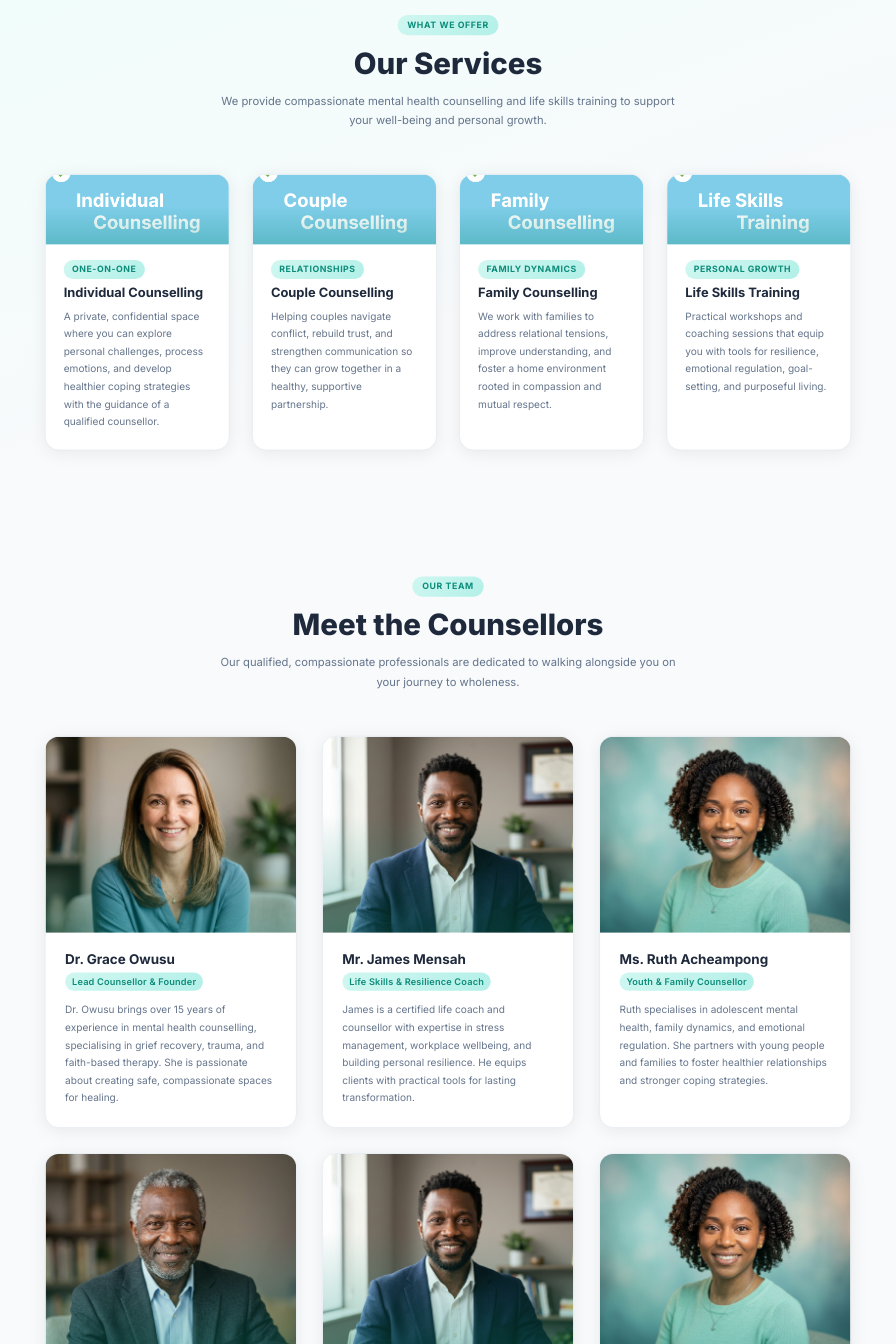
Repository: Tan47s/Lifelogo
Page: /
The author's editor kept a copy of each file at every save. The page is drawn from the files as they stood at one save, then again after the next save.
The browser window is 1280 px wide. The pictures show the part of the page from y = 1438 to 3358 px (the page is 4836 px tall before and 4886 px after), at 70% of full size.
The project was rebuilt for these pictures with package versions that can differ from the ones it lists, and the page was loaded fresh each time. Also part of the build but not shown: vite.config.js.

Above is the page before, as saved 2026-08-09 16:37:38.

### index.html
<!doctype html>
<html lang="en">
  <head>
    <meta charset="UTF-8" />
    <link rel="icon" type="image/svg+xml" href="/favicon.svg" />
    <meta name="viewport" content="width=device-width, initial-scale=1.0" />
    <title>Life-Logo | Mental Health Counselling &amp; Life Skills</title>
    <meta name="description" content="Life-Logo Mental Health Support &amp; Life Skills Training Unit — professional counselling, resilience coaching, and compassionate support to help you find meaning, hope, and purpose." />
    <meta property="og:title" content="Life-Logo | Mental Health Counselling &amp; Life Skills" />
    <meta property="og:description" content="Professional counselling and life skills training to support your well-being and personal growth." />
    <meta property="og:type" content="website" />
  </head>
  <body>
    <div id="root"></div>
    <script type="module" src="/src/main.jsx"></script>
  </body>
</html>

### src/main.jsx
import { StrictMode } from 'react'
import { createRoot } from 'react-dom/client'

import { App } from './App.jsx'


createRoot(document.getElementById('root')).render(
  <StrictMode>
    <App />
  </StrictMode>,
)

### src/App.jsx
import React from 'react'
import { Header } from './comp/Header'
import { Herocon } from './comp/Herocon'
import { Contents2 } from './comp/Contents2'
import { Service2 } from './comp/Service2'
import { Counsellors } from './comp/Counsellors'
import { Contact } from './comp/Contact'
import { Footer } from './comp/Footer'

export const App = () => {
  return (
    <div>
      <Header />

      {/* Hero — id: home (owned by Herocon's <section>) */}
      <Herocon />

      {/* Our Story — id: story (owned by Contents2's <section>) */}
      <Contents2 />

      {/* Services — id: services (declared inside Service2's <section>) */}
      <Service2 />

      {/* Our Team — id: team */}
      <Counsellors />

      {/* Contact — id: contact */}
      <Contact />

      {/* Footer */}
      <Footer />
    </div>
  )
}

### src/comp/Herocon.jsx
import './herocon.css'
import Hero from '../assets/hero.png'

const stats = [
  { value: '500+', label: 'Lives Impacted' },
  { value: '15+', label: 'Years Experience' },
  { value: '6',   label: 'Specialists' },
]

export const Herocon = () => {
  const scrollTo = (id) => {
    const el = document.getElementById(id)
    if (el) el.scrollIntoView({ behavior: 'smooth' })
  }

  return (
    <section
      id="home"
      className="hero-section"
      style={{ backgroundImage: `url(${Hero})` }}
    >
      {/* layered overlay */}
      <div className="hero-overlay" />

      <div className="hero-content">
        {/* eyebrow badge */}
        <span className="hero-badge">Mental Health &amp; Life Skills</span>

        {/* quote */}
        <p className="hero-quote">
          &ldquo;Doctors Dress The Wound, God Heals It.&rdquo;
        </p>

        {/* headline */}
        <h1 className="hero-headline">
          Well-Being Requires<br />
          <span className="hero-headline-accent">a Safe Space to Heal</span>
        </h1>

        {/* sub-text */}
        <p className="hero-sub">
          Mental health is the foundation of a healthy life. Through compassion,
          professional support, and faith, we help you find hope, build
          resilience, and take meaningful steps toward lasting well-being.
        </p>

        {/* CTAs */}
        <div className="hero-ctas">
          <button
            id="hero-contact-btn"
            className="hero-btn hero-btn--primary"
            onClick={() => scrollTo('contact')}
          >
            Contact Us
          </button>
          <button
            id="hero-services-btn"
            className="hero-btn hero-btn--ghost"
            onClick={() => scrollTo('services')}
          >
            Our Services
          </button>
        </div>

        {/* Stats strip */}
        <div className="hero-stats">
          {stats.map((s, i) => (
            <div className="hero-stat" key={i}>
              <span className="hero-stat-value">{s.value}</span>
              <span className="hero-stat-label">{s.label}</span>
            </div>
          ))}
        </div>
      </div>
    </section>
  )
}

### src/comp/Contents2.jsx
import React from 'react'
import './Contents2.css'

const pillars = [
  {
    icon: (
      <svg viewBox="0 0 24 24" fill="none" stroke="currentColor" strokeWidth="2" strokeLinecap="round" strokeLinejoin="round">
        <path d="M20.84 4.61a5.5 5.5 0 0 0-7.78 0L12 5.67l-1.06-1.06a5.5 5.5 0 0 0-7.78 7.78l1.06 1.06L12 21.23l7.78-7.78 1.06-1.06a5.5 5.5 0 0 0 0-7.78z"/>
      </svg>
    ),
    title: 'Compassion First',
    desc: 'Every person who walks through our doors is met with unconditional empathy and respect — no judgement, only care.',
  },
  {
    icon: (
      <svg viewBox="0 0 24 24" fill="none" stroke="currentColor" strokeWidth="2" strokeLinecap="round" strokeLinejoin="round">
        <circle cx="12" cy="8" r="4"/>
        <path d="M6 20v-2a6 6 0 0 1 12 0v2"/>
      </svg>
    ),
    title: 'Professional Support',
    desc: 'Our qualified counsellors bring years of clinical experience to provide structured, evidence-informed therapeutic care.',
  },
  {
    icon: (
      <svg viewBox="0 0 24 24" fill="none" stroke="currentColor" strokeWidth="2" strokeLinecap="round" strokeLinejoin="round">
        <path d="M12 22s8-4 8-10V5l-8-3-8 3v7c0 6 8 10 8 10z"/>
      </svg>
    ),
    title: 'Faith-Centred Hope',
    desc: 'We integrate faith, resilience, and purpose-driven living to help you find lasting meaning beyond your circumstances.',
  },
]

export const Contents2 = () => {
  return (
    <section id="story" className="story-section">
      <div className="story-inner">

        {/* ---- Left column: text ---- */}
        <div className="story-text">
          <span className="section-badge">Our Story</span>
          <h2>Helping You Find Meaning, Hope &amp; Purpose</h2>
          <p className="story-lead">
            Life-Logo Mental Health Support &amp; Life Skills Training Unit was
            founded on a simple but powerful belief: every person deserves access
            to compassionate, professional support on their path to wholeness.
          </p>
          <p className="story-body">
            Since our founding, we have walked alongside hundreds of individuals,
            couples, and families — helping them navigate grief, anxiety, relational
            challenges, and the pressures of everyday life. We combine professional
            counselling with practical life skills training to equip our clients not
            just to cope, but to truly thrive.
          </p>
        </div>

        {/* ---- Right column: pillars ---- */}
        <div className="story-pillars">
          {pillars.map((p, i) => (
            <div className="story-pillar" key={i}>
              <div className="pillar-icon">{p.icon}</div>
              <div className="pillar-body">
                <h4>{p.title}</h4>
                <p>{p.desc}</p>
              </div>
            </div>
          ))}
        </div>

      </div>
    </section>
  )
}

### src/comp/Service2.jsx
import React from 'react'
import ser1 from '../assets/ser1.png'
import ser2 from '../assets/ser2.png'
import ser3 from '../assets/ser3.png'
import ser4 from '../assets/ser4.png'
import './Service2.css'

const services = [
  {
    img: ser1,
    title: 'Individual Counselling',
    tag: 'One-on-One',
    desc: 'A private, confidential space where you can explore personal challenges, process emotions, and develop healthier coping strategies with the guidance of a qualified counsellor.',
  },
  {
    img: ser2,
    title: 'Couple Counselling',
    tag: 'Relationships',
    desc: 'Helping couples navigate conflict, rebuild trust, and strengthen communication so they can grow together in a healthy, supportive partnership.',
  },
  {
    img: ser3,
    title: 'Family Counselling',
    tag: 'Family Dynamics',
    desc: 'We work with families to address relational tensions, improve understanding, and foster a home environment rooted in compassion and mutual respect.',
  },
  {
    img: ser4,
    title: 'Life Skills Training',
    tag: 'Personal Growth',
    desc: 'Practical workshops and coaching sessions that equip you with tools for resilience, emotional regulation, goal-setting, and purposeful living.',
  },
]

export const Service2 = () => {
  return (
    <section id="services" className="services-section">
      {/* Section Header */}
      <div className="services-header">
        <span className="section-badge">What We Offer</span>
        <h2>Our Services</h2>
        <p className="services-subtitle">
          We provide compassionate mental health counselling and life skills
          training to support your well-being and personal growth.
        </p>
      </div>

      {/* Cards Grid */}
      <div className="services-grid">
        {services.map((s, i) => (
          <div className="service-card" key={i}>
            <div className="service-img-wrap">
              <img src={s.img} alt={s.title} className="service-img" />
              <div className="service-img-overlay" />
            </div>
            <div className="service-info">
              <span className="service-tag">{s.tag}</span>
              <h3>{s.title}</h3>
              <p>{s.desc}</p>
            </div>
          </div>
        ))}
      </div>
    </section>
  )
}

### src/comp/Footer.jsx
import React from 'react'
import './Footer.css'
import logo from '../assets/logo.png'

export const Footer = () => {
  const year = new Date().getFullYear()

  const scrollTo = (id) => {
    const el = document.getElementById(id)
    if (el) el.scrollIntoView({ behavior: 'smooth' })
  }

  return (
    <footer className="footer">
      <div className="footer-inner">

        {/* Brand Column */}
        <div className="footer-brand">
          <div className="footer-logo-row">
            <img src={logo} alt="Life-Logo" className="footer-logo" />
            <span className="footer-name">Life-Logo</span>
          </div>
          <p className="footer-tagline">
            Mental Health Support &amp; Life Skills Training Unit — helping
            people discover meaning, hope, and purpose.
          </p>
        </div>

        {/* Quick Links */}
        <div className="footer-col">
          <h4>Quick Links</h4>
          <ul>
            {[
              { label: 'Home',        id: 'home' },
              { label: 'Our Story',   id: 'story' },
              { label: 'Services',    id: 'services' },
              { label: 'Our Team',    id: 'team' },
              { label: 'Contact',     id: 'contact' },
            ].map((l) => (
              <li key={l.id}>
                <button onClick={() => scrollTo(l.id)} className="footer-link">
                  {l.label}
                </button>
              </li>
            ))}
          </ul>
        </div>

        {/* Contact Column */}
        <div className="footer-col">
          <h4>Contact</h4>
          <ul className="footer-contact-list">
            <li>
              <span className="fc-icon">📍</span>
              14 Serenity Close, Westland District, Accra, Ghana
            </li>
            <li>
              <span className="fc-icon">📞</span>
              <a href="tel:+233302981100">+233 30 298 1100</a>
            </li>
            <li>
              <span className="fc-icon">✉️</span>
              <a href="mailto:hello@lifelogo.org">hello@lifelogo.org</a>
            </li>
            <li>
              <span className="fc-icon">💬</span>
              <a href="https://wa.me/233244567890" target="_blank" rel="noopener noreferrer">
                WhatsApp Us
              </a>
            </li>
          </ul>
        </div>

      </div>

      {/* Bottom Bar */}
      <div className="footer-bottom">
        <p>&copy; {year} Life-Logo Mental Health &amp; Life Skills. All rights reserved.</p>
        <p className="footer-note">Built with compassion 💚</p>
      </div>
    </footer>
  )
}

### src/Index.css

@import url('https://fonts.googleapis.com/css2?family=Inter:wght@100..900&display=swap');

:root {
  /* Brand */
  --primary: #6de1fb;        /* Teal from header */
  --primary-light: #02ff78;


  /* Logo greens */
  --green: #22C55E;
  --green-light: #DCFCE7;

  /* Blue accent */
  --blue: #38BDF8;
  --blue-light: #E0F2FE;

  /* Backgrounds */
  --background: #F8FAFC;
  --surface: #FFFFFF;

  /* Text */
  --text: #1E293B;
  --text-muted: #64748B;

  /* Borders */
  --border: #E2E8F0;
}

* {
  margin: 0;
  padding: 0;
  box-sizing: border-box;
  font-family: "Inter", sans-serif;
}

h1{
    font-weight: 800;
}

p{
    font-weight: 400;
}

### src/comp/Contents2.css
/* ============================================================
   OUR STORY SECTION
   ============================================================ */

.story-section {
  padding: 100px 5% 80px;
  background: var(--background);   /* #F8FAFC — same as Counsellors */
}

/* ---- Two-column inner wrapper ---- */
.story-inner {
  display: grid;
  grid-template-columns: 1fr 1fr;
  gap: 72px;
  max-width: 1200px;
  margin: 0 auto;
  align-items: start;
}

/* ========== LEFT: text column ========== */
.story-text {
  display: flex;
  flex-direction: column;
  gap: 20px;
}

.story-text h2 {
  font-size: clamp(26px, 3.5vw, 40px);
  font-weight: 800;
  color: var(--text);
  line-height: 1.18;
  margin: 0;
}

.story-lead {
  font-size: 1.05rem;
  color: var(--text);
  font-weight: 500;
  line-height: 1.75;
  margin: 0;
}

.story-body {
  font-size: 0.95rem;
  color: var(--text-muted);
  line-height: 1.8;
  margin: 0;
}

/* ========== RIGHT: pillars column ========== */
.story-pillars {
  display: flex;
  flex-direction: column;
  gap: 20px;
}

/* ---- Single pillar card ---- */
.story-pillar {
  display: flex;
  align-items: flex-start;
  gap: 18px;
  background: var(--surface);
  border: 1px solid var(--border);
  border-radius: 18px;
  padding: 24px 22px;
  box-shadow: 0 2px 16px rgba(0, 0, 0, 0.05);
  transition: transform 0.25s ease, box-shadow 0.25s ease;
}

.story-pillar:hover {
  transform: translateY(-4px);
  box-shadow: 0 8px 32px rgba(109, 225, 251, 0.18);
}

/* ---- Icon bubble ---- */
.pillar-icon {
  flex-shrink: 0;
  width: 48px;
  height: 48px;
  border-radius: 14px;
  background: linear-gradient(135deg, #d0f7f1, #b2f0e8);
  display: flex;
  align-items: center;
  justify-content: center;
  color: #0d8c7a;
}

.pillar-icon svg {
  width: 22px;
  height: 22px;
}

/* ---- Pillar text ---- */
.pillar-body {
  display: flex;
  flex-direction: column;
  gap: 5px;
}

.pillar-body h4 {
  font-size: 1rem;
  font-weight: 700;
  color: var(--text);
  margin: 0;
}

.pillar-body p {
  font-size: 0.88rem;
  color: var(--text-muted);
  line-height: 1.65;
  margin: 0;
}

/* ---- Responsive ---- */
@media (max-width: 860px) {
  .story-inner {
    grid-template-columns: 1fr;
    gap: 48px;
  }
}

@media (max-width: 640px) {
  .story-section {
    padding: 70px 5% 60px;
  }
}

### src/comp/Service2.css
/* ============================================================
   SERVICES SECTION  —  mirrors Counsellors card style
   ============================================================ */

.services-section {
  padding: 100px 5% 80px;
  background: linear-gradient(160deg, #f0fdfb 0%, #f8fafc 60%);
}

/* --- Header --- */
.services-header {
  text-align: center;
  max-width: 660px;
  margin: 0 auto 64px;
}

.services-header h2 {
  font-size: clamp(28px, 4vw, 42px);
  font-weight: 800;
  color: var(--text);
  margin-bottom: 16px;
  line-height: 1.15;
}

.services-subtitle {
  font-size: 1rem;
  color: var(--text-muted);
  line-height: 1.7;
}

/* --- Grid --- */
.services-grid {
  display: grid;
  grid-template-columns: repeat(auto-fit, minmax(260px, 1fr));
  gap: 32px;
  max-width: 1200px;
  margin: 0 auto;
}

/* --- Card --- */
.service-card {
  background: var(--surface);
  border-radius: 20px;
  overflow: hidden;
  box-shadow: 0 4px 24px rgba(0, 0, 0, 0.07);
  border: 1px solid var(--border);
  transition: transform 0.3s ease, box-shadow 0.3s ease;
}

.service-card:hover {
  transform: translateY(-8px);
  box-shadow: 0 12px 40px rgba(109, 225, 251, 0.25);
}

/* --- Image wrapper --- */
.service-img-wrap {
  position: relative;
  width: 100%;
  height: 100px;
  overflow: hidden;
}

.service-img {
  width: 100%;
  height: 100%;
  object-fit: cover;
  object-position: center;
  transition: transform 0.4s ease;
}

.service-card:hover .service-img {
  transform: scale(1.05);
}

.service-img-overlay {
  position: absolute;
  inset: 0;
  background: linear-gradient(to top, rgba(13, 140, 122, 0.3) 0%, transparent 55%);
  pointer-events: none;
}

/* --- Info block --- */
.service-info {
  padding: 22px 26px 28px;
  display: flex;
  flex-direction: column;
  gap: 8px;
}

.service-tag {
  display: inline-block;
  background: linear-gradient(135deg, #d0f7f1, #b2f0e8);
  color: #0d8c7a;
  font-size: 0.78rem;
  font-weight: 700;
  letter-spacing: 0.06em;
  text-transform: uppercase;
  padding: 4px 12px;
  border-radius: 999px;
  align-self: flex-start;
}

.service-info h3 {
  font-size: 1.15rem;
  font-weight: 700;
  color: var(--text);
  margin: 0;
  line-height: 1.3;
}

.service-info p {
  font-size: 0.9rem;
  color: var(--text-muted);
  line-height: 1.75;
  margin: 0;
}

/* --- Responsive --- */
@media (max-width: 640px) {
  .services-section {
    padding: 70px 5% 60px;
  }

  .services-grid {
    grid-template-columns: 1fr;
  }
}

### src/comp/Counsellors.css
/* ============================================================
   COUNSELLORS SECTION
   ============================================================ */

.counsellors-section {
  padding: 100px 5% 80px;
  background: var(--background);
}

/* --- Header --- */
.counsellors-header {
  text-align: center;
  max-width: 660px;
  margin: 0 auto 64px;
}

.counsellors-header h2 {
  font-size: clamp(28px, 4vw, 42px);
  font-weight: 800;
  color: var(--text);
  margin-bottom: 16px;
  line-height: 1.15;
}

.counsellors-subtitle {
  font-size: 1rem;
  color: var(--text-muted);
  line-height: 1.7;
}

/* --- Badge --- */
.section-badge {
  display: inline-block;
  background: linear-gradient(135deg, #d0f7f1, #b2f0e8);
  color: #0d8c7a;
  font-size: 0.78rem;
  font-weight: 700;
  letter-spacing: 0.07em;
  text-transform: uppercase;
  padding: 5px 14px;
  border-radius: 999px;
  margin-bottom: 16px;
}

/* --- Grid --- */
.counsellors-grid {
  display: grid;
  grid-template-columns: repeat(3, 1fr);
  gap: 36px;
  max-width: 1200px;
  margin: 0 auto;
}

@media (max-width: 960px) {
  .counsellors-grid {
    grid-template-columns: repeat(2, 1fr);
  }
}

/* --- Card --- */
.counsellor-card {
  background: var(--surface);
  border-radius: 20px;
  overflow: hidden;
  box-shadow: 0 4px 24px rgba(0, 0, 0, 0.07);
  transition: transform 0.3s ease, box-shadow 0.3s ease;
  border: 1px solid var(--border);
}

.counsellor-card:hover {
  transform: translateY(-8px);
  box-shadow: 0 12px 40px rgba(109, 225, 251, 0.25);
}

/* --- Image wrapper --- */
.counsellor-img-wrap {
  position: relative;
  width: 100%;
  height: 280px;
  overflow: hidden;
}

.counsellor-img {
  width: 100%;
  height: 100%;
  object-fit: cover;
  object-position: top center;
  transition: transform 0.4s ease;
}

.counsellor-card:hover .counsellor-img {
  transform: scale(1.04);
}

.counsellor-img-overlay {
  position: absolute;
  inset: 0;
  background: linear-gradient(to top, rgba(13, 140, 122, 0.35) 0%, transparent 60%);
  pointer-events: none;
}

/* --- Info block --- */
.counsellor-info {
  padding: 24px 28px 30px;
}

.counsellor-info h3 {
  font-size: 1.2rem;
  font-weight: 700;
  color: var(--text);
  margin-bottom: 4px;
}

.counsellor-role {
  display: inline-block;
  font-size: 0.82rem;
  font-weight: 600;
  color: #0d8c7a;
  background: linear-gradient(135deg, #d0f7f1, #b2f0e8);
  padding: 3px 10px;
  border-radius: 999px;
  margin-bottom: 14px;
  letter-spacing: 0.02em;
}

.counsellor-info p {
  font-size: 0.9rem;
  color: var(--text-muted);
  line-height: 1.75;
}

/* --- Responsive --- */
@media (max-width: 640px) {
  .counsellors-section {
    padding: 70px 5% 60px;
  }

  .counsellors-grid {
    grid-template-columns: 1fr;
  }
}

### src/comp/Footer.css
/* ============================================================
   FOOTER
   ============================================================ */

.footer {
  background: linear-gradient(135deg, #0f2027, #203a43, #2c5364);
  color: rgba(255, 255, 255, 0.85);
  padding-top: 64px;
}

.footer-inner {
  max-width: 1100px;
  margin: 0 auto;
  padding: 0 5% 48px;
  display: grid;
  grid-template-columns: 1.6fr 1fr 1.2fr;
  gap: 48px;
}

/* --- Brand Column --- */
.footer-brand {}

.footer-logo-row {
  display: flex;
  align-items: center;
  gap: 12px;
  margin-bottom: 16px;
}

.footer-logo {
  width: 44px;
  height: 44px;
  object-fit: contain;
  border-radius: 10px;
  background: white;
  padding: 3px;
}

.footer-name {
  font-size: 1.3rem;
  font-weight: 800;
  color: var(--primary);
  letter-spacing: -0.02em;
}

.footer-tagline {
  font-size: 0.9rem;
  line-height: 1.7;
  color: rgba(255, 255, 255, 0.6);
  max-width: 300px;
}

/* --- Columns --- */
.footer-col h4 {
  font-size: 0.8rem;
  font-weight: 700;
  letter-spacing: 0.1em;
  text-transform: uppercase;
  color: var(--primary);
  margin-bottom: 18px;
}

.footer-col ul {
  list-style: none;
  padding: 0;
  margin: 0;
  display: flex;
  flex-direction: column;
  gap: 10px;
}

/* Quick links */
.footer-link {
  background: none;
  border: none;
  padding: 0;
  cursor: pointer;
  font-size: 0.9rem;
  color: rgba(255, 255, 255, 0.7);
  text-align: left;
  transition: color 0.2s ease;
  font-family: inherit;
}

.footer-link:hover {
  color: var(--primary);
}

/* Contact list */
.footer-contact-list li {
  display: flex;
  align-items: flex-start;
  gap: 10px;
  font-size: 0.88rem;
  color: rgba(255, 255, 255, 0.7);
  line-height: 1.55;
}

.footer-contact-list a {
  color: rgba(255, 255, 255, 0.7);
  text-decoration: none;
  transition: color 0.2s ease;
}

.footer-contact-list a:hover {
  color: var(--primary);
}

.fc-icon {
  flex-shrink: 0;
  font-size: 1rem;
  margin-top: 1px;
}

/* --- Bottom Bar --- */
.footer-bottom {
  border-top: 1px solid rgba(255, 255, 255, 0.1);
  padding: 20px 5%;
  display: flex;
  align-items: center;
  justify-content: space-between;
  max-width: 100%;
}

.footer-bottom p {
  font-size: 0.82rem;
  color: rgba(255, 255, 255, 0.45);
  margin: 0;
}

.footer-note {
  font-size: 0.82rem;
  color: rgba(255, 255, 255, 0.45);
}

/* --- Responsive --- */
@media (max-width: 860px) {
  .footer-inner {
    grid-template-columns: 1fr 1fr;
  }
  .footer-brand {
    grid-column: span 2;
  }
}

@media (max-width: 540px) {
  .footer-inner {
    grid-template-columns: 1fr;
  }
  .footer-brand {
    grid-column: span 1;
  }
  .footer-bottom {
    flex-direction: column;
    gap: 6px;
    text-align: center;
  }
}

Loaded but not shown: src/comp/Contact.jsx (114 lines, source omitted); src/App.css (221 lines, source omitted); src/comp/herocon.css (185 lines, source omitted); src/comp/Contact.css (202 lines, source omitted); src/comp/Counsellors.jsx (80 lines, source omitted); src/comp/Header.jsx (102 lines, source omitted)

After the next save:
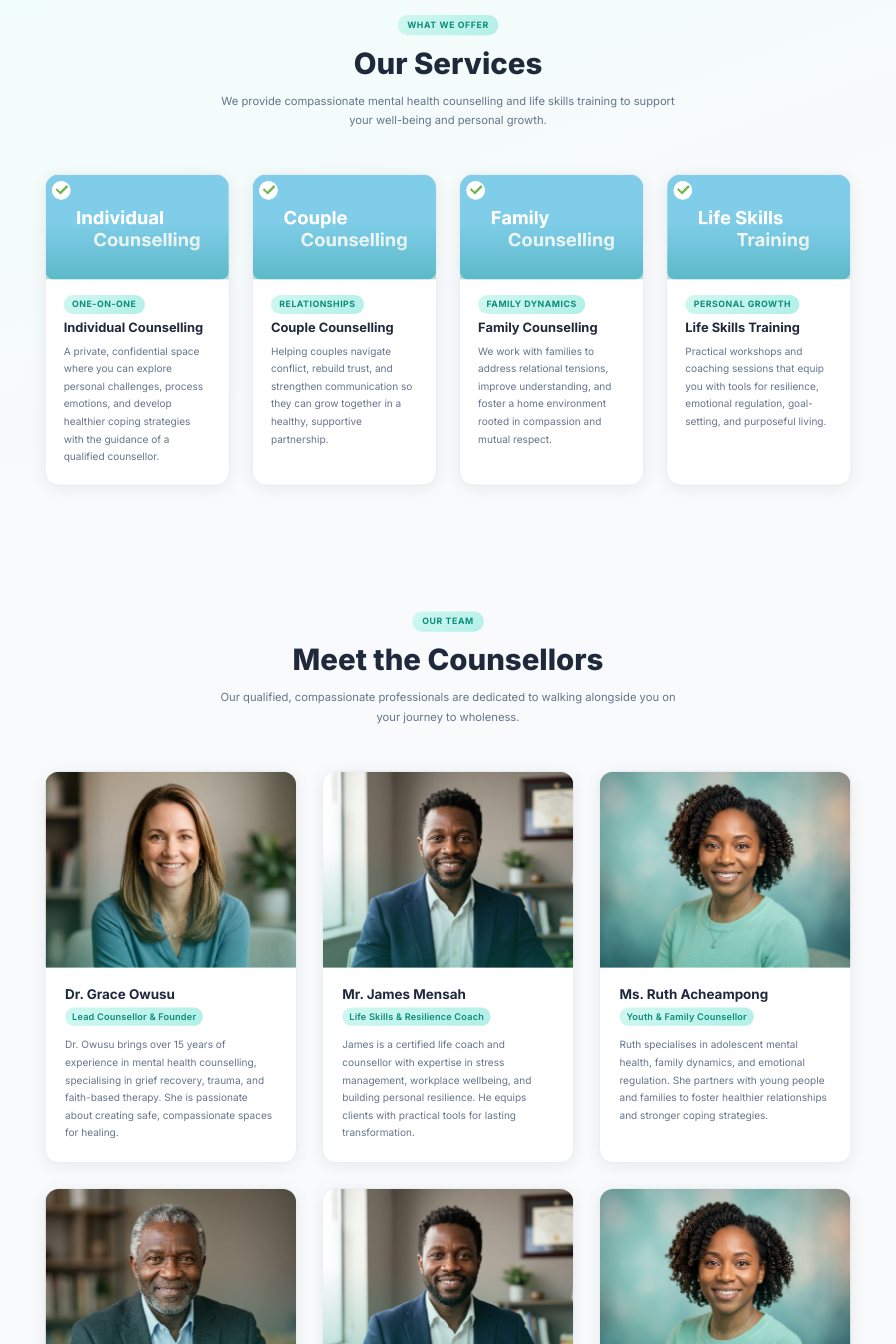
Saved 5 s later.
--- a/src/comp/Service2.css
+++ b/src/comp/Service2.css
@@ -56,7 +56,7 @@
 .service-img-wrap {
   position: relative;
   width: 100%;
-  height: 100px;
+  height: 150px;
   overflow: hidden;
 }
 
